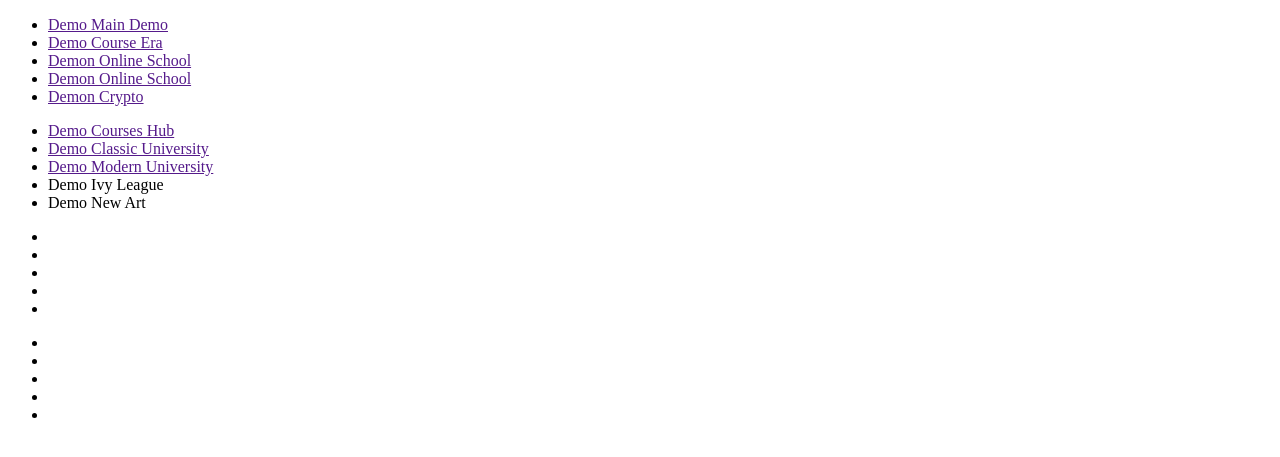
Repository: ibrkhalil/EduWebsite
Page: test.html
The author's editor kept a copy of each file at every save. The page is drawn from the files as they stood at one save, then again after a run of saves.
The browser window is 1280 px wide. The pictures show the whole page.

Above is the page before, as saved 2020-11-18 15:03:51.

After the next 2 saves:
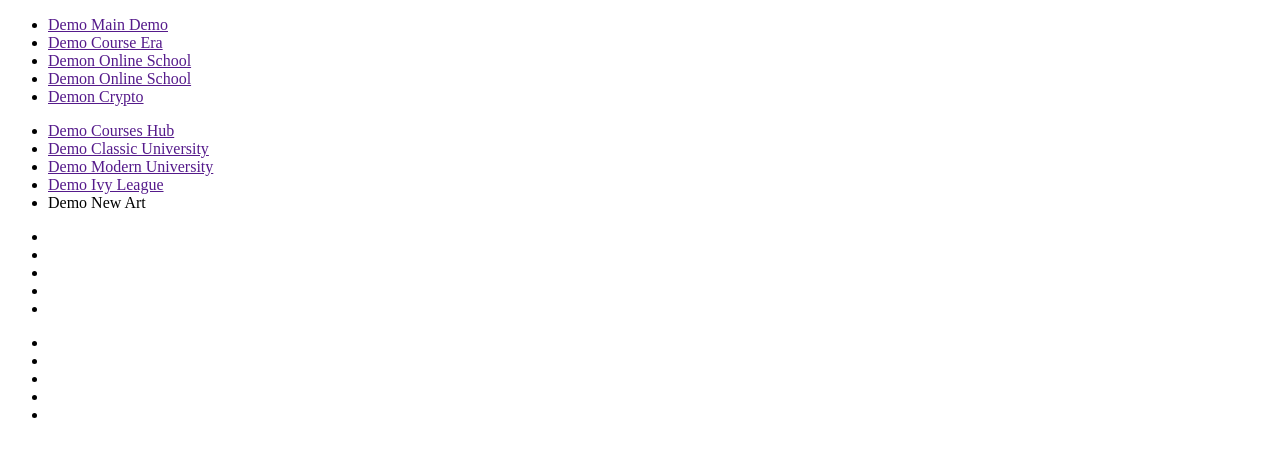
The 2 saves are shown as one change because they came seconds apart.
The last was saved 7 s later.
--- a/test.html
+++ b/test.html
@@ -17,7 +17,7 @@
         <li><a href="">Demo Courses Hub</a></li>
         <li><a href="">Demo Classic University</a></li>
         <li><a href="">Demo Modern University</a></li>
-        <li>Demo Ivy League</li>
+        <li><a href="">Demo Ivy League</a></li>
         <li>Demo New Art</li>
     </ul>
     <ul>
